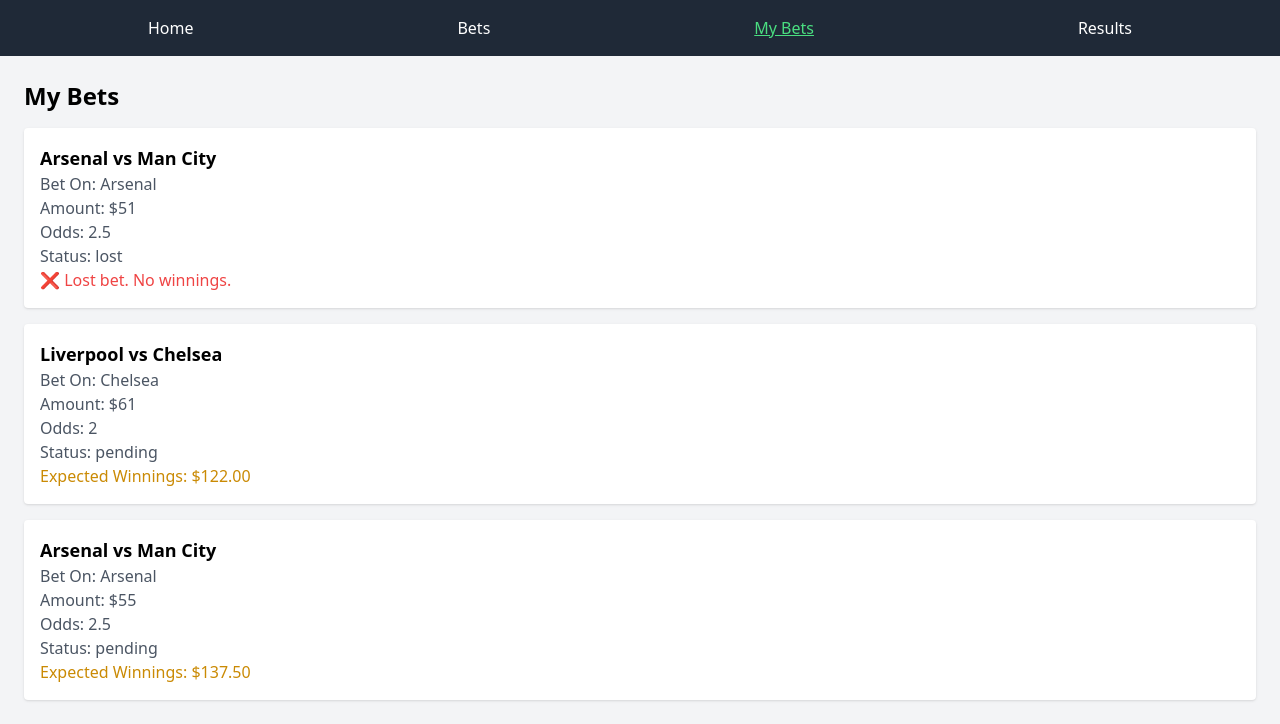
Repository: PEEZYBEE/cha-ching
Page: /my-bets
An editor plug-in stored every save of this project. The page is shown before and after a run of saves, followed by the edit.
The browser window is 1280 px wide. The pictures show the whole page.
The project was rebuilt for these pictures with package versions that can differ from the ones it lists, and the page was loaded fresh each time. Requests to the local data server were answered from the project's data file. Also part of the build but not shown: vite.config.js, src/pages/HomePage.jsx, src/components/MatchCard.jsx, src/components/BetForm.jsx, src/pages/BetsPage.jsx, src/pages/ResultsPage.jsx.

Above is the page before, as saved 2025-04-20 02:31:07.

### src/main.jsx
import { StrictMode } from "react"
import { createRoot } from "react-dom/client"
import { BrowserRouter } from "react-router-dom"
import App from "./App"
import "./index.css"

createRoot(document.getElementById("root")).render(
  <StrictMode>
    <BrowserRouter>
      <App />
    </BrowserRouter>
  </StrictMode>
)

### src/App.jsx
import { useState } from "react";
import { Routes, Route } from "react-router-dom";
import Navbar from "./components/Navbar";
import HomePage from "./pages/HomePage";
import BetsPage from "./pages/BetsPage";
import MyBetsPage from "./pages/MyBetsPage";
import ResultsPage from "./pages/ResultsPage";
import { ToastContainer } from "react-toastify";
import "react-toastify/dist/ReactToastify.css";


export default function App() {
  const [myBets, setMyBets] = useState([]);

  function handlePlaceBet(bet) {
    setMyBets((prevBets) => [...prevBets, bet]);
  }

  return (
    <div className="min-h-screen bg-gray-100">
      <Navbar />
      <div className="p-6">
        <Routes>
          <Route path="/" element={<HomePage />} />
          <Route path="/bets" element={<BetsPage onPlaceBet={handlePlaceBet} />} />
          <Route path="/my-bets" element={<MyBetsPage myBets={myBets} />} />
          <Route path="/results" element={<ResultsPage />} />
        </Routes>
        <ToastContainer position="top-right" autoClose={3000} />
      </div>
    </div>
  );
}

### src/components/Navbar.jsx
import { NavLink } from "react-router-dom";

const linkClasses = ({ isActive }) =>
  isActive ? "underline text-green-400" : "hover:underline";

export default function Navbar() {
  return (
    <nav className="bg-gray-800 text-white p-4 flex justify-around">
      <NavLink to="/" className={linkClasses}>Home</NavLink>
      <NavLink to="/bets" className={linkClasses}>Bets</NavLink>
      <NavLink to="/my-bets" className={linkClasses}>My Bets</NavLink>
      <NavLink to="/results" className={linkClasses}>Results</NavLink>
    </nav>
  );
}

### src/pages/MyBetsPage.jsx
import { useEffect, useState } from "react";
import { toast } from "react-toastify";


export default function MyBetsPage() {
  const [myBets, setMyBets] = useState([]);

  useEffect(() => {
    fetch("http://localhost:3000/bets")
      .then((r) => r.json())
      .then(setMyBets);
  }, []);

  function getWinningsText(bet) {
    const amount = parseFloat(bet.amount);
    const odds = parseFloat(bet.odds);

    if (isNaN(amount) || isNaN(odds)) {
      return <p className="text-red-500">Invalid bet data</p>;
    }

    const winnings = amount * odds;

    if (bet.status === "won") {
      return (
        <p className="text-green-700 font-semibold">
          🏆 Winnings: ${winnings.toFixed(2)}
        </p>
      );
    } else if (bet.status === "pending") {
      return (
        <p className="text-yellow-600">
          Expected Winnings: ${winnings.toFixed(2)}
        </p>
      );
    } else if (bet.status === "lost") {
      return (
        <p className="text-red-500">
          ❌ Lost bet. No winnings.
        </p>
      );
    } else {
      return null;
    }
  }

  return (
    <div>
      <h2 className="text-2xl font-bold mb-4">My Bets</h2>
      {myBets.length === 0 ? (
        <p className="text-gray-600">No bets placed yet.</p>
      ) : (
        <ul className="space-y-4">
          {myBets.map((bet) => (
            <li key={bet.id} className="bg-white p-4 rounded shadow">
              <p className="text-lg font-semibold">{bet.match}</p>
              <p className="text-gray-600">Bet On: {bet.betOn}</p>
              <p className="text-gray-600">Amount: ${bet.amount}</p>
              <p className="text-gray-600">Odds: {bet.odds}</p>
              <p className="text-gray-600">Status: {bet.status}</p>
              {getWinningsText(bet)}
            </li>
          ))}
        </ul>
      )}
    </div>
  );
}

### db.json
{
  "games": [
    {
      "id": "1",
      "homeTeam": "Arsenal",
      "awayTeam": "Man City",
      "homeOdds": 2.5,
      "awayOdds": 1.8,
      "drawOdds": 3.1,
      "result": "away"
    },
    {
      "id": "2",
      "homeTeam": "Liverpool",
      "awayTeam": "Chelsea",
      "homeOdds": 2.3,
      "awayOdds": 2,
      "drawOdds": 3.2,
      "result": null
    },
    {
      "id": "3",
      "homeTeam": "Barcelona",
      "awayTeam": "Real Madrid",
      "homeOdds": 2.7,
      "awayOdds": 2.4,
      "drawOdds": 3,
      "result": "away"
    },
    {
      "id": "4",
      "homeTeam": "Bayern Munich",
      "awayTeam": "Borussia Dortmund",
      "homeOdds": 1.9,
      "awayOdds": 2.9,
      "drawOdds": 3.3,
      "result": null
    },
    {
      "id": "5",
      "homeTeam": "PSG",
      "awayTeam": "Marseille",
      "homeOdds": 1.8,
      "awayOdds": 3.2,
      "drawOdds": 3.5,
      "result": null
    },
    {
      "id": "6",
      "homeTeam": "Inter Milan",
      "awayTeam": "AC Milan",
      "homeOdds": 2.1,
      "awayOdds": 2.5,
      "drawOdds": 3.1,
      "result": null
    },
    {
      "id": "7",
      "homeTeam": "Juventus",
      "awayTeam": "Napoli",
      "homeOdds": 2.4,
      "awayOdds": 2.6,
      "drawOdds": 3,
      "result": null
    },
    {
      "id": "8",
      "homeTeam": "Ajax",
      "awayTeam": "Feyenoord",
      "homeOdds": 2.2,
      "awayOdds": 2.8,
      "drawOdds": 3.4,
      "result": null
    },
    {
      "id": "9",
      "homeTeam": "Man United",
      "awayTeam": "Tottenham",
      "homeOdds": 2,
      "awayOdds": 2.6,
      "drawOdds": 3.3,
      "result": null
    },
    {
      "id": "10",
      "homeTeam": "Atletico Madrid",
      "awayTeam": "Sevilla",
      "homeOdds": 2.3,
      "awayOdds": 2.9,
      "drawOdds": 3.1,
      "result": null
    }
  ],
  "bets": [
    {
      "id": "727e",
      "gameId": "1",
      "match": "Arsenal vs Man City",
      "betOn": "Arsenal",
      "amount": 51,
      "odds": 2.5,
      "status": "lost"
    },
    {
      "id": "1ee1",
      "gameId": "2",
      "match": "Liverpool vs Chelsea",
      "betOn": "Chelsea",
      "amount": 61,
      "odds": 2,
      "status": "pending"
    },
    {
      "id": "9ded",
      "gameId": "1",
      "match": "Arsenal vs Man City",
      "betOn": "Arsenal",
      "amount": 55,
      "odds": 2.5,
      "status": "pending"
    }
  ]
}

Loaded but not shown: index.html (common file); src/index.css (common file); tailwind.config.js (common file)

After the next 2 saves:
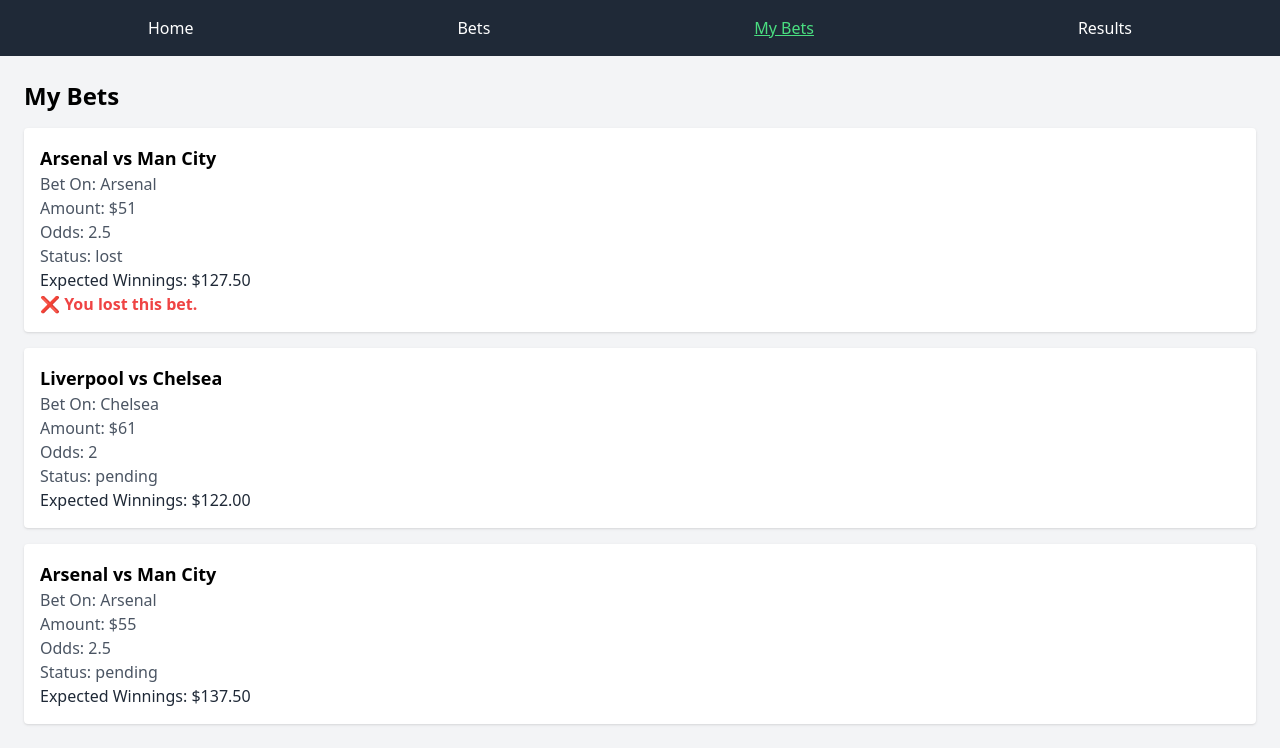
The 2 saves are shown as one change because they came seconds apart.
The last was saved 111 s later.
--- a/src/pages/MyBetsPage.jsx
+++ b/src/pages/MyBetsPage.jsx
@@ -1,6 +1,5 @@
 import { useEffect, useState } from "react";
 import { toast } from "react-toastify";
-
 
 export default function MyBetsPage() {
   const [myBets, setMyBets] = useState([]);
@@ -8,41 +7,28 @@
   useEffect(() => {
     fetch("http://localhost:3000/bets")
       .then((r) => r.json())
-      .then(setMyBets);
+      .then((data) => setMyBets(data));
   }, []);
 
-  function getWinningsText(bet) {
-    const amount = parseFloat(bet.amount);
-    const odds = parseFloat(bet.odds);
+  useEffect(() => {
+    myBets.forEach((bet) => {
+      if (bet.status === "won" && !bet.notified) {
+        toast.success(`🎉 You won $${(bet.amount * bet.odds).toFixed(2)} on ${bet.betOn}!`);
 
-    if (isNaN(amount) || isNaN(odds)) {
-      return <p className="text-red-500">Invalid bet data</p>;
-    }
-
-    const winnings = amount * odds;
-
-    if (bet.status === "won") {
-      return (
-        <p className="text-green-700 font-semibold">
-          🏆 Winnings: ${winnings.toFixed(2)}
-        </p>
-      );
-    } else if (bet.status === "pending") {
-      return (
-        <p className="text-yellow-600">
-          Expected Winnings: ${winnings.toFixed(2)}
-        </p>
-      );
-    } else if (bet.status === "lost") {
-      return (
-        <p className="text-red-500">
-          ❌ Lost bet. No winnings.
-        </p>
-      );
-    } else {
-      return null;
-    }
-  }
+        // Mark as notified to prevent duplicate toasts
+        fetch(`http://localhost:3000/bets/${bet.id}`, {
+          method: "PATCH",
+          headers: { "Content-Type": "application/json" },
+          body: JSON.stringify({ notified: true }),
+        }).then(() => {
+          // Update local state too
+          setMyBets((prev) =>
+            prev.map((b) => (b.id === bet.id ? { ...b, notified: true } : b))
+          );
+        });
+      }
+    });
+  }, [myBets]);
 
   return (
     <div>
@@ -58,7 +44,17 @@
               <p className="text-gray-600">Amount: ${bet.amount}</p>
               <p className="text-gray-600">Odds: {bet.odds}</p>
               <p className="text-gray-600">Status: {bet.status}</p>
-              {getWinningsText(bet)}
+              <p className="text-gray-800 font-medium">
+                Expected Winnings: ${(bet.amount * bet.odds).toFixed(2)}
+              </p>
+              {bet.status === "won" && (
+                <p className="text-green-600 font-bold">
+                  🎉 You won ${ (bet.amount * bet.odds).toFixed(2) }!
+                </p>
+              )}
+              {bet.status === "lost" && (
+                <p className="text-red-500 font-bold">❌ You lost this bet.</p>
+              )}
             </li>
           ))}
         </ul>
